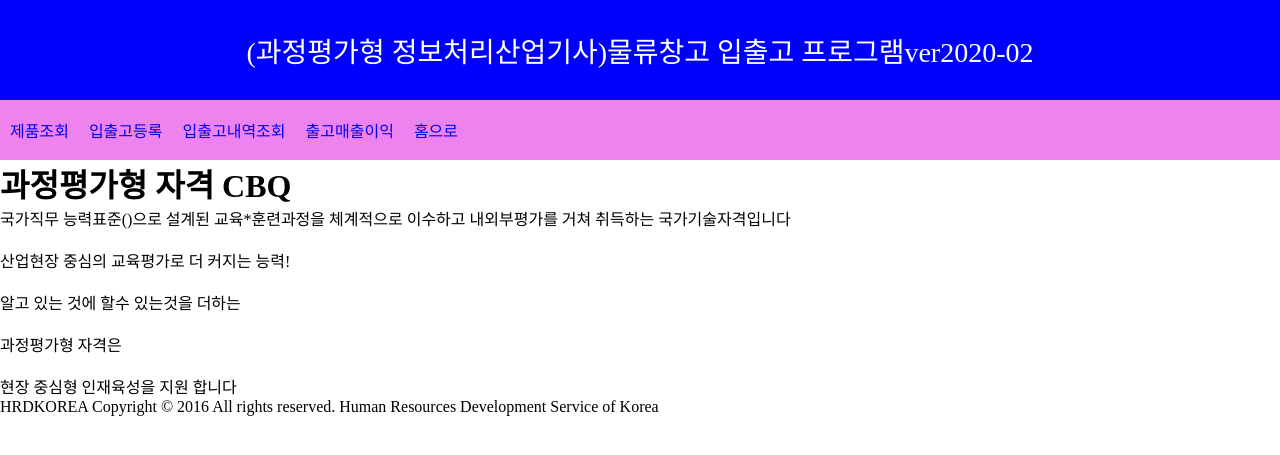
Repository: anakyn01/2_two
Page: http://localhost/cbq_1/two.jsp
The author's editor kept a copy of each file at every save. The page is drawn from the files as they stood at one save, then again after the next save.
The browser window is 1280 px wide. The pictures show the whole page.
The page is served by Tomcat 9. Other server files are loaded and not shown.

Above is the page before, as saved 2024-12-11 06:01:11.

### exam/cbq_1/src/main/webapp/two.jsp
<%@ page language="java" contentType="text/html; charset=UTF-8"
    pageEncoding="UTF-8"%>
<jsp:include page="include/header.jsp" flush="false" />

<jsp:include page="include/body.jsp" flush="flase" />

<jsp:include page="include/footer.jsp" flush="false" />

### exam/cbq_1/src/main/webapp/include/header.jsp
<%@ page language="java" contentType="text/html; charset=UTF-8"
    pageEncoding="UTF-8"%>
<!DOCTYPE html>
<html>
<head>
<meta charset="UTF-8">
<title>물류창고 입출고 프로그램</title>
<link rel="stylesheet" href="css/style.css"/>
</head>
<body>
<header>
(과정평가형 정보처리산업기사)물류창고 입출고 프로그램ver2020-02
</header>
<nav>
<ul class="nav">
<li><a href="one.jsp">제품조회</a></li>
<li><a href="two.jsp">입출고등록</a></li>
<li><a href="three.jsp">입출고내역조회</a></li>
<li><a href="four.jsp">출고매출이익</a></li>
<li><a href="/">홈으로</a></li>
</ul>
</nav>

### exam/cbq_1/src/main/webapp/include/body.jsp
<%@ page language="java" contentType="text/html; charset=UTF-8"
    pageEncoding="UTF-8"%>
<h1>과정평가형 자격 CBQ</h1>
<p>
국가직무 능력표준()으로 설계된 교육*훈련과정을 체계적으로 이수하고 내외부평가를 거쳐 취득하는 국가기술자격입니다<br>
<br>
산업현장 중심의 교육평가로 더 커지는 능력!<br>
<br>
알고 있는 것에 할수 있는것을 더하는<br>
<br>
과정평가형 자격은<br>
<br>
현장 중심형 인재육성을 지원 합니다<br>
</p>

### exam/cbq_1/src/main/webapp/include/footer.jsp
<%@ page language="java" contentType="text/html; charset=UTF-8"
    pageEncoding="UTF-8"%>
<footer>
HRDKOREA Copyright &copy; 2016 All rights reserved. Human Resources Development Service of Korea
</footer>
</body>
</html>

### exam/cbq_1/src/main/webapp/css/style.css
@charset "UTF-8";

html, html * {
margin:0; padding:0; box-sizing:border-box;
}
header{
width:100%; background-color:blue;
height:100px; color:white; font-size:28px;
display:flex; justify-content:center; align-items:center;
}
nav{
width:100%;	background-color:violet; height:60px; font-size:16px; height:60px;
}
.nav{
width:100%;	height:60px; display:flex; justify-content:flex-start; align-items:center;
}
ul,ol,li{list-style:none; }
.nav li a {
height:60px; display:flex; align-items:center; padding:0px 10px;
}
a {text-decoration:none; }

After the next save:
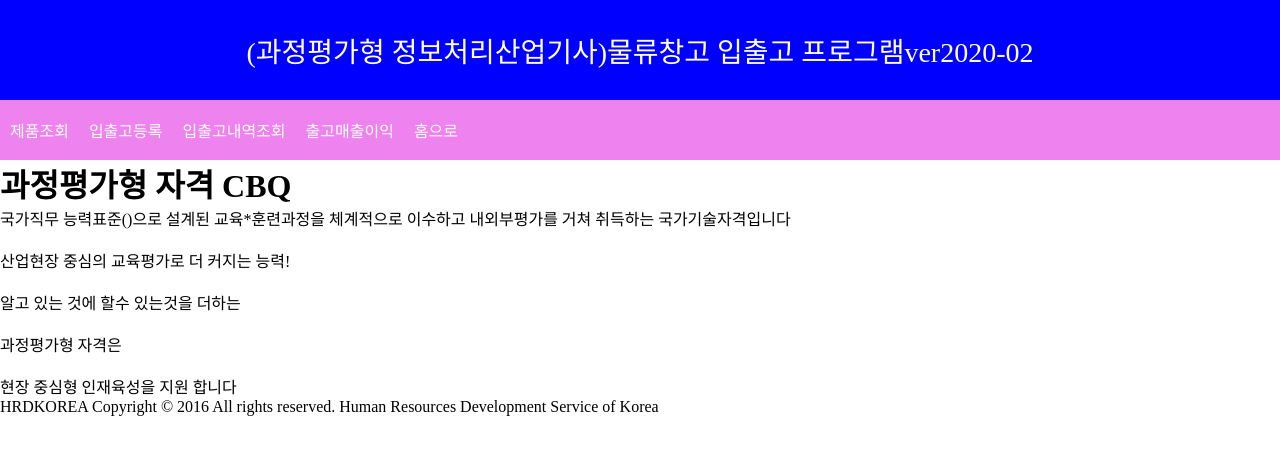
Saved 11 s later.
--- a/exam/cbq_1/src/main/webapp/css/style.css
+++ b/exam/cbq_1/src/main/webapp/css/style.css
@@ -16,6 +16,6 @@ width:100%;	height:60px; display:flex; justify-content:flex-start; align-items:c
 }
 ul,ol,li{list-style:none; }
 .nav li a {
-height:60px; display:flex; align-items:center; padding:0px 10px;
+height:60px; display:flex; align-items:center; padding:0px 10px; color:white
 }
 a {text-decoration:none; }
